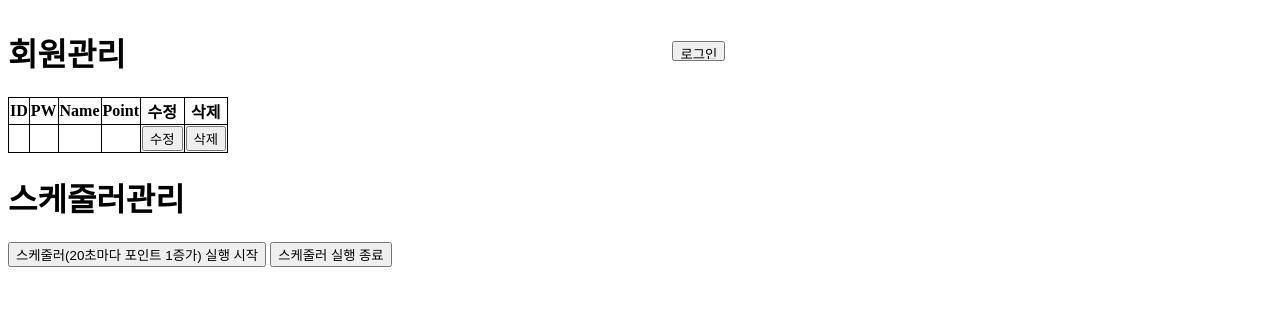
Repository: euniiee/test11
Page: http://localhost/Project/memList.jsp
The author's editor kept a copy of each file at every save. The page is drawn from the files as they stood at one save, then again after the next save.
The browser window is 1280 px wide. The pictures show the whole page.
The page is served by Tomcat 9. Other server files are loaded and not shown.

Above is the page before, as saved 2023-02-01 02:00:28.

### Project/WebContent/memList.jsp
<%@ page language="java" contentType="text/html; charset=UTF-8"
    pageEncoding="UTF-8"%>
<!DOCTYPE html>
<html>
<head>
<meta charset="UTF-8">
<title>Insert title here</title>
<script src="https://code.jquery.com/jquery-3.6.3.js" integrity="sha256-nQLuAZGRRcILA+6dMBOvcRh5Pe310sBpanc6+QBmyVM=" crossorigin="anonymous"></script>
<script>
$(function() {
	$('.delete').click(function(){
		alert("삭제되었습니다.");
	});

})
</script>
<style>
	table {
		border-collapse : collapse;
	}
	table, th, td {
		border: 1px solid black;
	}
</style>
</head>
<body>
<div style="display: 300px;">
	<div style="display: flex;">
		<h1>회원관리</h1>
		<div style="margin: auto;">
			<input style="height: 20px;" type="button" value="로그인">
		</div>
	</div>
	<table>
			<tr>
				<th>ID</th>
				<th>PW</th>
				<th>Name</th>
				<th>Point</th>
				<th>수정</th>
				<th>삭제</th>
			</tr>
			<tr>
				<td></td>
				<td></td>
				<td></td>
				<td></td>
				<td><input type="button" value="수정"></td>
				<td><input type="button" class="delete" value="삭제"></td>
			</tr>

	</table>
	<div>
		<h1>스케줄러관리</h1>
		<input type="button" value="스케줄러(20초마다 포인트 1증가) 실행 시작">
		<input type="button" value="스케줄러 실행 종료">
	</div>


</div>


</body>
</html>

After the next save:
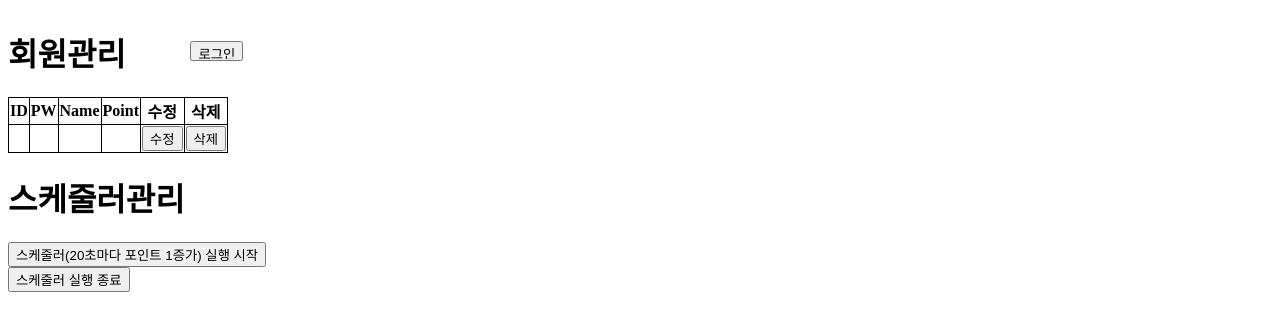
Saved 28 s later.
--- a/Project/WebContent/memList.jsp
+++ b/Project/WebContent/memList.jsp
@@ -24,7 +24,7 @@ $(function() {
 </style>
 </head>
 <body>
-<div style="display: 300px;">
+<div style="width: 300px;">
 	<div style="display: flex;">
 		<h1>회원관리</h1>
 		<div style="margin: auto;">
